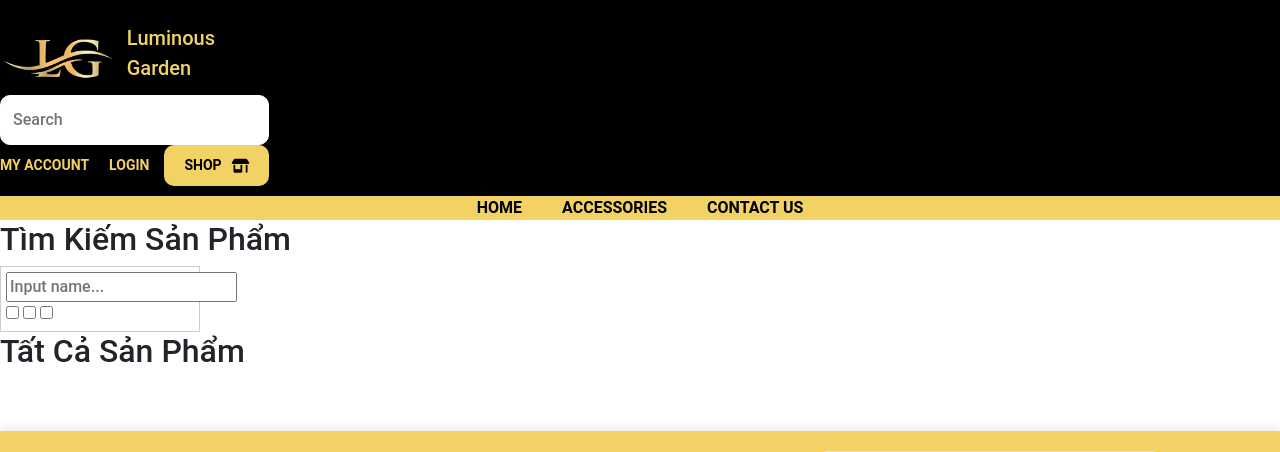
Repository: Nghia251506/eproject
Page: http://localhost/eproject/product/search
An editor plug-in stored every save of this project. The page is shown before and after the next save, followed by the edit.
The browser window is 1280 px wide. The pictures show the part of the page from y = 0 to 452 px (the page is 827 px tall before and 867 px after).
Pictures or frames that could not be fetched are drawn as grey boxes. Some web fonts or font styles are not loaded; a fallback is used. Some web libraries are served in a nearby version. The page is run by PHP 8.4 with error messages shown; the project is at /var/www/html/. Queries for data that is not in the repository find no rows.

Above is the page before, as saved 2024-10-12 18:51:44.
Console error: TypeError: Cannot read properties of null (reading 'querySelectorAll')

### index.php
<?php
session_start();
require_once "app/App.php";
require_once "app/config/database.php";
require_once "app/controllers/BaseController.php";
require_once "app/midleware/AuthMidleware.php";
$midleware = new AuthMidleware([""]);
$app = new App($conn, $midleware);
?>

### app/config/database.php
<?php
$host = "mysql:host=localhost:3306;dbname=eproject";
$username = "root";
$pass = "Anhem123";
try {
    $conn = new PDO($host, $username, $pass);
    $conn -> setAttribute(PDO::ATTR_ERRMODE,PDO::ERRMODE_EXCEPTION );
} catch (PDOException $ex) {
    echo "connection failed: ".$ex->getMessage();
}
?>

### app/controllers/BaseController.php
<?php
class BaseController {
    const VIEW_PATH = "app/views/";
    const MODEL_PATH = "app/models/";
    public function view($pathView, array $input = []) {
        $path = self::VIEW_PATH.$pathView.".php";
        return require_once $path;
    }

    public function initModel($modelName, $conn) {
        $path = self::MODEL_PATH.$modelName.".php";
        if (file_exists($path)) {
            require_once $path;
            if (class_exists($modelName)) {
                return new $modelName($conn);
            }
        }
        return null;
    }
}



?>

### app/midleware/AuthMidleware.php
<?php
class AuthMidleware {
    // những path phải qua đăng nhập
    private $__paths = [];
    public function __construct(array $paths)
    {
        $this->__paths = $paths;
    }

    // function để kiểm tra path đầu vào có phải đăng nhập hay không?
    public function execute($info) {
        //$info : là thông tin path đầu vào, là 1 array (xem App.php dòng 37)
        $controller = $info[0];
        $action = $info[1];
        // kiem tra controller có phải là admin hay không
        if ($controller == "admin") {
            // Kiểm tra xem đã đăng nhập hay chưa, nếu đăng nhập rồi thì có thông tin trong session
            if (isset($_SESSION["user"])) {
                // đã đăg nhập
                $role = $_SESSION["user"]->role;
                // kiêm tra xem có phải role admin hay không?
                if ($role != "admin") {
                    // báo lỗi k có quyền truy cập
                    $this->handleErrorPage();
                }
            } else {
                // Nếu chưa đăng nhập -> đi tới trang login
                header("Location: http://localhost/eproject/user/login");
            }
        } else {
            // là user thường chưa đăng nhập
            if (!isset($_SESSION["user"])) {
                // Kiểm tra xem có phải path là admin nhưng cần đăng nhập hay không
                if (in_array($controller."/".$action, $this->__paths)) {
                    // nếu đúng thì yêu cầu đăng nhập
                    header("Location: http://localhost/eproject/user/login");
                }
            }
        }
    }

    public function handleErrorPage() {
        require_once "app/views/errors/403.php";
        exit();
    }

}

?>

### app/models/ProductModel.php
<?php
class ProductModel
{
    private $__conn;
    public function __construct($conn)
    {
        $this->__conn = $conn;
    }
    //This function is used to retrieve all products
    public function getAllProduct($limit = 10, $offset = 0)
    {
        try {
            if (isset($this->__conn)) {
                $sql = "select p.id,
                                p.name,
                                p.code,
                                p.watt,
                                p.socket,
                                p.color,
                                p.purchase_price,
                                p.sale_price,
                                p.quantity,
                                p.image_url,
                                t.type_name,
                                b.brand_name
                from products as p
                inner join type_lights as t on p.type_id = t.id
                inner join brand_lights as b on p.brand_id = b.id
                order by p.id desc LIMIT :limit OFFSET :offset";
                $stmt = $this->__conn->prepare($sql);
                $stmt->bindParam("limit", $limit, PDO::PARAM_INT);
                $stmt->bindParam("offset", $offset, PDO::PARAM_INT);
                $stmt->execute();
                return $stmt->fetchAll(PDO::FETCH_OBJ);
            }
            return null; //Returns null if there is no connection to the database
        } catch (PDOException $ex) {
            echo $ex->getMessage();
        }
    }

    public function getImg()
    {
        try {
            if ($this->__conn) {
                $sql = "select image_url from products";
                $stmt = $this->__conn->prepare($sql);
                $stmt->execute();
                return $stmt->fetch(PDO::FETCH_OBJ);
            }
            return null;
        } catch (PDOException $ex) {
            echo $ex->getMessage();
        }
    }

    public function getProductById($id)
    {
        try {
            if ($this->__conn) {
                // Join bảng products với bảng type_lights và brand_lights
                $sql = "SELECT p.id,
                                p.name,
                                p.code,
                                p.watt,
                                p.socket,
                                p.color,
                                p.purchase_price,
                                p.sale_price,
                                p.quantity,
                                p.image_url,
                                p.type_id,
                                p.brand_id,
                                t.type_name ,
                                b.brand_name
                    FROM products p
                    INNER JOIN type_lights t ON p.type_id = t.id
                    INNER JOIN brand_lights b ON p.brand_id = b.id
                    WHERE p.id = :id";

                $stmt = $this->__conn->prepare($sql);
                $stmt->bindValue(':id', $id, PDO::PARAM_INT);  // Gán giá trị cho tham số :id
                $stmt->execute();

                // Trả về dữ liệu sản phẩm cùng với tên loại và tên nhãn hiệu
                return $stmt->fetch(PDO::FETCH_OBJ);
            }
            return null;
        } catch (PDOException $ex) {
            echo $ex->getMessage();
        }
    }

    // The saveProduct function is commonly used for editing and adding new products
    public function saveProduct($name, $code, $type_id, $watt, $socket, $color, $purchase_price, $sale_price, $quantity, $brand_id, $image_url)
    {
        try {
            if (isset($this->__conn)) {
                // Câu lệnh gọi stored procedure
                $sql = "CALL insert_product(:prod_name, :prod_type_id, :prod_watt, :prod_socket, :prod_color, :prod_purchase_price, :prod_sale_price, :prod_quantity, :prod_brand_id, :prod_image_url)";

                // Chuẩn bị câu lệnh
                $stmt = $this->__conn->prepare($sql);

                // Gán giá trị cho các tham số
                $stmt->bindParam(":prod_name", $name, PDO::PARAM_STR);
                // $stmt->bindParam(":code", $code, PDO::PARAM_STR); // Nếu bạn cần sử dụng mã sản phẩm thì bỏ comment dòng này
                $stmt->bindParam(":prod_type_id", $type_id, PDO::PARAM_INT);
                $stmt->bindParam(":prod_watt", $watt, PDO::PARAM_INT);
                $stmt->bindParam(":prod_socket", $socket, PDO::PARAM_STR);
                $stmt->bindParam(":prod_color", $color, PDO::PARAM_STR);
                $stmt->bindParam(":prod_purchase_price", $purchase_price, PDO::PARAM_STR);
                $stmt->bindParam(":prod_sale_price", $sale_price, PDO::PARAM_STR);
                $stmt->bindParam(":prod_quantity", $quantity, PDO::PARAM_INT);
                $stmt->bindParam(":prod_brand_id", $brand_id, PDO::PARAM_INT);
                $stmt->bindParam(":prod_image_url", $image_url, PDO::PARAM_STR);

                // Thực thi câu lệnh
                return $stmt->execute();
            }
            return null;
        } catch (PDOException $ex) {
            echo $ex->getMessage();
        }
    }

    public function editProduct($id, $name, $code, $type_id, $watt, $socket, $color, $purchase_price, $sale_price, $quantity, $brand_id, $image_url)
    {
        try {
            if (isset($this->__conn)) {
                // This query uses on DUPLICATE to both add new product values ​​and edit product values.
                $sql = "update products set name= :name, code = :code, type_id=:type_id, watt=:watt, socket=:socket, color=:color, purchase_price=:purchase_price, sale_price =:sale_price,quantity=:quantity, brand_id=:brand_id, image_url=:image_url
                where id=:id";
                // This line is used to Prepare statement
                $stmt = $this->__conn->prepare($sql);
                // This line is used to assign values ​​to parameters
                $stmt->bindParam("name", $name, PDO::PARAM_STR);
                $stmt->bindParam("code", $code, PDO::PARAM_STR);
                $stmt->bindParam("type_id", $type_id, PDO::PARAM_INT);
                $stmt->bindParam("watt", $watt, PDO::PARAM_INT);
                $stmt->bindParam("socket", $socket, PDO::PARAM_STR);
                $stmt->bindParam("color", $color, PDO::PARAM_STR);
                $stmt->bindParam("purchase_price", $purchase_price, PDO::PARAM_INT);
                $stmt->bindParam("sale_price", $sale_price, PDO::PARAM_INT);
                $stmt->bindParam("quantity", $quantity, PDO::PARAM_INT);
                $stmt->bindParam("brand_id", $brand_id, PDO::PARAM_INT);
                $stmt->bindParam("image_url", $image_url, PDO::PARAM_STR);
                $stmt->bindParam("id", $id, PDO::PARAM_INT);
                // Execute the query
                return $stmt->execute();
            }
            return null;
        } catch (PDOException $ex) {
            echo $ex->getMessage();
        }
    }
    // Function to delete products
    public function deleteProductById($id)
    {
        try {
            if (isset($this->__conn)) {
                $sql = "delete from products where id = :id";
                $stmt = $this->__conn->prepare($sql);
                $stmt->bindValue(':id', $id, PDO::PARAM_INT);
                return $stmt->execute();
            }
            return null;
        } catch (PDOException $ex) {
            echo $ex->getMessage();
        }
    }

    public function countAllProducts()
    {
        try {
            if (isset($this->__conn)) {
                $sql = "SELECT COUNT(*) FROM products";
                $stmt = $this->__conn->prepare($sql);
                $stmt->execute();
                return $stmt->fetchColumn();
            }
            return 0;
        } catch (PDOException $ex) {
            echo $ex->getMessage();
        }
    }

    public function searchProduct($name, $limit = 10, $offset = 0){
        try {
            $sql = "SELECT * FROM products
                    WHERE (name LIKE :name OR :name = '')

                    ";
            $stmt = $this->__conn->prepare($sql);
            $stmt->bindValue(":name", '%' . $name . '%');
            // $stmt->bindParam(":limit", $limit, PDO::PARAM_INT);
            // $stmt->bindParam(":offset", $offset, PDO::PARAM_INT);
            $stmt->execute();
            return $stmt->fetchAll(PDO::FETCH_OBJ);
        } catch (PDOException $ex) {
            echo $ex->getMessage();
            return [];
        }
    }

    public function countProducts($name)
    {
        try {
            $sql = "SELECT COUNT(*) as total FROM products WHERE (name LIKE :name OR :name = '') ";
            $stmt = $this->__conn->prepare($sql);
            $stmt->bindValue(":name", '%' . $name . '%');
            $stmt->execute();
            return $stmt->fetch(PDO::FETCH_OBJ)->total;
        } catch (PDOException $ex) {
            echo $ex->getMessage();
            return 0;
        }
    }

}

### app/models/BrandModel.php
<?php

class BrandModel{
    private $__conn;
    public function __construct($conn)
    {
        $this->__conn = $conn;
    }

    public function getAllBrand($limit = 10, $offset = 0){
        try{
            if(isset($this->__conn)){
                $sql = "select * from brand_lights order by id desc LIMIT :limit OFFSET :offset";
                $stmt = $this->__conn->prepare($sql);
                $stmt->bindParam("limit", $limit, PDO::PARAM_INT);
                $stmt->bindParam("offset", $offset, PDO::PARAM_INT);
                $stmt->execute();
                return $stmt->fetchAll(PDO::FETCH_OBJ);
            }
            return null;
        }catch(PDOException $ex){
            echo $ex->getMessage();
        }
    }
    public function getBrandById($id){
        try {
            if (isset($this->__conn)) {
                $sql = "select * from brand_lights where id = :id";
                $stmt = $this->__conn->prepare($sql);
                $stmt->bindParam("id", $id, PDO::PARAM_INT);
                $stmt->execute();
                return $stmt->fetch(PDO::FETCH_OBJ);
            }
            return null;
        } catch (PDOException $ex) {
            echo $ex->getMessage();
        }
    }
}

### app/models/TypeModel.php
<?php

class TypeModel{
    private $__conn;
    public function __construct($conn)
    {
        $this->__conn = $conn;
    }

    public function getAllType($limit = 10, $offset = 0){
        try{
            if(isset($this->__conn)){
                $sql = "select * from type_lights order by id desc LIMIT :limit OFFSET :offset";
                $stmt = $this->__conn->prepare($sql);
                $stmt->bindParam("limit", $limit, PDO::PARAM_INT);
                $stmt->bindParam("offset", $offset, PDO::PARAM_INT);
                $stmt->execute();
                return $stmt->fetchAll(PDO::FETCH_OBJ);
            }
            return null;
        }catch(PDOException $ex){
            echo $ex->getMessage();
        }
    }

    public function getTypeById($id){
        try{
            if($this->__conn){
                $sql = "select * from type_lights where id = :id";
                $stmt = $this->__conn->prepare($sql);
                $stmt->bindParam("id", $id);
                $stmt->execute();
                return $stmt->fetch(PDO::FETCH_OBJ);
            }
            return null;
        }catch(PDOException $ex){
            echo $ex->getMessage();
        }
    }
}

### app/views/layouts/client.php
<!DOCTYPE html>
<html lang="en">

<head>
    <meta charset="UTF-8">
    <meta name="viewport" content="width=device-width, initial-scale=1.0">
    <title>Doccument</title>
    <link rel="preconnect" href="https://fonts.googleapis.com">
    <link rel="preconnect" href="https://fonts.gstatic.com" crossorigin>
    <link href="https://fonts.googleapis.com/css2?family=Donegal+One&display=swap" rel="stylesheet">
    <link rel="stylesheet" href="http://localhost/eproject/app/assets/css/base.css">
    <script src="https://localhost/eproject/app/assets/js/eventClient.js"></script>
    <link href="https://stackpath.bootstrapcdn.com/bootstrap/4.5.2/css/bootstrap.min.css" rel="stylesheet">

</head>

<body>
    <div class="grid wide">
        <?php
        $this->view("layouts/header");
        $this->view($input["page"], ["data" => $input]);
        $this->view("layouts/footer");
        ?>
    </div>
</body>

</html>

### app/views/layouts/header.php
<!DOCTYPE html>
<html lang="en">
<head>
  <meta charset="UTF-8">
  <meta name="viewport" content="width=device-width, initial-scale=1.0">
  <script src="https://kit.fontawesome.com/453b49545e.js" crossorigin="anonymous"></script>
  <link rel="stylesheet" href="http://localhost/eproject/app/assets/css/header.css">
  <title>Header Example</title>
</head>
<body>
<div class="header">
    <div class="header-container">
      <div class="logo">
        <div class="logo-image">
          <img src="https://localhost/eproject/app/assets/data/LG.png" alt="Logo">
        </div>
        <div class="logo-name">
          <a href="">Luminous <br> Garden</a>
        </div>
      </div>

      <div class="search-form">
        <input type="text" placeholder="Search"  >

      </div>

      <div class="header-right">
        <div class="login">
          <a href="">MY ACCOUNT</a>
          <a href="">LOGIN</a>
        </div>
          <div class="shopping">
            <button type="submit">SHOP <i class="fa-solid fa-shop"></i></button>
          </div>
        </div>
      </div>
    </div>

    <div class="nav">
      <div class="nav-container">
        <div class="nav-item">
          <a href="http://localhost/eproject/home">HOME</a>
          <a href='http://localhost/eproject/product'>ACCESSORIES</a>
          <a href="http://localhost/eproject/contact">CONTACT US</a>
        </div>
      </div>
    </div>
  </div>
</body>
</html>

### app/views/products/product.php
<!DOCTYPE html>
<html lang="vi">

<head>
    <meta charset="UTF-8">
    <meta name="viewport" content="width=device-width, initial-scale=1.0">
    <title>product</title>
</head>

<body>
    <?php
    $data = $input["data"];
    $products = $data["products"] ?? "";
    // var_dum($products);
    // die();
    // $product = $data["product"] ?? "";
    ?>
    <div id="product-container">
        <aside class="sidebar">
            <h2>Tìm Kiếm Sản Phẩm</h2>
            <div class="search-bar">
                <form action="http://localhost/eproject/product/search" method="POST">
                    <input name="name" type="text" placeholder="Input name...">
                    <input name="name" type="checkbox" values="">
                    <input name="name" type="checkbox" values="">
                    <input name="name" type="checkbox" values="">
                </form>
            </div>
        </aside>

        <main class="main-content">
            <div class="featured-products">
                <div class="all-products">
                    <h2>Tất Cả Sản Phẩm</h2>
                    <div class="product-row">
                        <?php foreach ($products as $product) : ?>
                            <div class="product">
                                <div style="width:100%;height:200px;"><img style="width: 100%; height:100%;object-fit:cover;" src="<?php echo htmlspecialchars($product->image_url); ?>" alt="Sản phẩm A" /></div>
                                <h3><?php echo htmlspecialchars($product->name); ?></h3>
                                <p><?php echo htmlspecialchars($product->code); ?></p>
                                <p>Giá: <?php echo htmlspecialchars(number_format($product->sale_price, 0, ',', '.')); ?> VND</p>
                                <a href='http://localhost/eproject/product/detail?id=<?= $product->id; ?>'>See All Details</a>
                            </div>
                        <?php endforeach; ?>
                    </div>
                </div>
            </div>
        </main>
    </div>
</body>

</html>

### app/views/layouts/footer.php
<!DOCTYPE html>
<html lang="en">
<head>
    <meta charset="UTF-8">
    <meta name="viewport" content="width=device-width, initial-scale=1.0">
    <title>footer</title>
    <link rel="stylesheet" href="http://localhost/eproject/app/assets/css/footer.css">
</head>
<body>
<footer>
        <div class="footer-container">
            <div class="footer-contact-info">
                <h3>Contact</h3>
                <p>Địa chỉ: 8A Ton That Thuyet, My Dinh, Nam Tu Liem, Ha Noi</p>
                <p>Hotline: 0523 652 003</p>
                <p>Email: <a href="mailto:tuantai2365@gmail.com">tuantai2365@gmail.com</a></p>
                <div class="social-icons">
                    <a href="https://www.facebook.com" target="_blank">
                        <img src="http://localhost/eproject/app/assets/data/facebook.png" alt="Fb"></a>
                    <a href="https://www.instagram.com" target="_blank">
                        <img src="http://localhost/eproject/app/assets/data/instagram.png" alt="Ins"></a>
                    <a href="https://www.youtube.com" target="_blank">
                        <img src="http://localhost/eproject/app/assets/data/youtube.png" alt="Ziutube"></a>
                </div>
            </div>

            <div class="payment-info">
                <h3>Payment</h3>
                <img src="http://localhost/eproject/app/assets/data/QR.jpg" alt="pay Logo" class="logo">
            </div>

            <div class="map">
                <iframe src="https://www.google.com/maps/embed?pb=!1m18!1m12!1m3!1d3724.096608933641!2d105.78229669999999!3d21.0288201!2m3!1f0!2f0!3f0!3m2!1i1024!2i768!4f13.1!3m3!1m2!1s0x3135ab4cd376479b%3A0xbc2e0bb9db373ed2!2zOGEgVMO0biBUaOG6pXQgVGh1eeG6v3QsIE3hu7kgxJDDrG5oLCBD4bqndSBHaeG6pXksIEjDoCBO4buZaSAxMDAwMDA!5e0!3m2!1svi!2s!4v1727689161334!5m2!1svi!2s" width="600" height="450" style="border:0;" allowfullscreen="" loading="lazy" referrerpolicy="no-referrer-when-downgrade" width="300" height="200" style="border:0;" allowfullscreen="" loading="lazy"></iframe>
        </div>

    </footer>
    <div style="background-color: black;color:white ;  padding: 10px; text-align: center;">
        <p>© Project was made by Luminous Garden Team - T2404E .</p>
    </div>
</body>
</html>

### app/assets/css/base.css
:root {
  --text-color: #333;
  --white-color: #fff;
  --black-color: #000;
  --primary-color: #c9ac5f;
  --border-color: #dbdbdb;
  --header-height: 80px;
  --navbar-height: 34px;
  --header-with-search-height: calc(
    var(--header-height) - var(--navbar-height)
  );
  --color-header: linear-gradient(0, #f2d265, #040000);
  /* --color-header: ae dùng background-image rồi thêm biến này vào nhé */
}
a{
    text-decoration: none;
}

ul{
    list-style: none;
}

* {
  font-family: "Roboto", sans-serif;
  font-weight: 500;
  font-style: normal;
}

/* reponsive */

.grid {
  width: 100%;
  margin: 0 auto;
}

.wide {
  max-width: 2000px;
}

.col-12 {
  /* background-color: #ececf1; */
  padding-left: 5px;
  padding-right: 5px;
  width: 100%;
  display: flex;
  flex-wrap: wrap;
}

.col-8 {
  display: flex;
  flex-wrap: wrap;
  padding-left: 17px;
  width: 66.6672%;
}

.col-8-4 {
  padding-left: 5px;
  padding-right: 5px;
  width: 50%;
}

.col-12-4 {
  padding-left: 5px;
  padding-right: 5px;
  width: 33.3336%;
}

.col-2 {
  padding-left: 5px;
  padding-right: 5px;
  width: 16.6667%;
}

.col-2-4 {
  padding-left: 5px;
  padding-right: 5px;
  width: 20%;
  margin-bottom: 10px;
}

.col-10 {
  padding-left: 5px;
  padding-right: 5px;
  width: 83.3334%;
}

### app/assets/css/header.css

.header {
  display: flex;
  justify-content: space-between;
  align-items: center;
  padding: 10px 20px;
  background-color: #F2D265; /* Màu nền */
}

.header-left {
  display: flex;
  align-items: center;
}

.logo {
  width: 50px; /* Kích thước logo */
  height: auto;
  margin-right: 10px;
}

.company-name {
  font-size: 24px;
  color: rgb(65, 117, 5); /* Màu chữ của tên công ty */
}


/* Tổng quan cấu trúc */
body {
  font-family: Arial, sans-serif;
  margin: 0;
  padding: 0;
}

.header {
  background-color: black;
  padding: 10px 0;
}

.container {
  max-width: 1400px;
  margin: 0 auto; /* Căn giữa container */
  display: flex;
  justify-content: space-between; /* Phân bố đều các thành phần */
  align-items: center;
  padding: 0 20px; /* Thêm khoảng cách giữa container và viền */
}

/* Logo */
.logo {
  display: flex;
  align-items: center;
}

.logo-image img {
  height: 85px;
}

.logo-name a {
  color: #f2d265;
  font-size: 20px;
  text-decoration: none;
}
.search-form {
  flex-grow: 2; /* Cho phép thanh tìm kiếm mở rộng */
  display: flex;
  justify-content: center;
}

.search-form input {
  padding: 12px;
  border-radius: 10px;
  border: 1px solid #ffffff;
  width: 100%;
  max-width: 400px;
}

/* Header Right: Login, Shop */
.header-right {
  display: flex;
  align-items: center;
  gap: 60px;
}

.login {

  display: flex;
  gap: 20px;
}

.nav a {
  text-decoration: none;
  color: #000; /* Màu của link */
  font-size: 18px;
}

.header-right {
  display: flex;
  align-items: center;
  gap: 15px;
}

.search-bar {
  padding: 5px;
  font-size: 16px;
  width: 200px;
  border: 1px solid #ccc;
}

.login-link,
.shop-link {
  text-decoration: none;
  color: #000;
  font-size: 18px;
}
.login a {
  color: #f2d265;
  text-decoration: none;
  font-size: 14px;
  font-weight: bold;
}

.login a:hover {
  color: #ffffff;
}

/* Shop button */
.shopping button {
  background-color: #f2d265;
  border: none;
  padding: 10px 20px;
  border-radius: 10px;

  font-size: 14px;
  display: flex;
  align-items: center;
  font-weight: bold;
}

.shopping button i {
  margin-left: 10px;
}

.shopping button:hover {
  background-color: white;
}

/* Navigation */
.nav {
  background-color: #f2d265;
}

.nav-container {
  max-width: 0 auto;
  margin: 0 auto; /* Căn giữa navigation */
  text-align: center;
  padding: 0 20px; /* Thêm khoảng cách hai bên */
}

.nav-item {
  display: flex;
  justify-content: center;
  gap: 40px; /* Điều chỉnh khoảng cách giữa các mục */
}

.nav-item a {
  color: black;
  text-decoration: none;
  font-size: 16px;
  font-weight: bold;
}

.nav-item a:hover {
  color: #ffffff;

}

Loaded but not shown: app/assets/js/eventClient.js (63 lines, source omitted); app/assets/css/footer.css (247 lines, source omitted); app/controllers/ProductController.php (132 lines, source omitted); app/App.php (92 lines, source omitted)

After the next save:
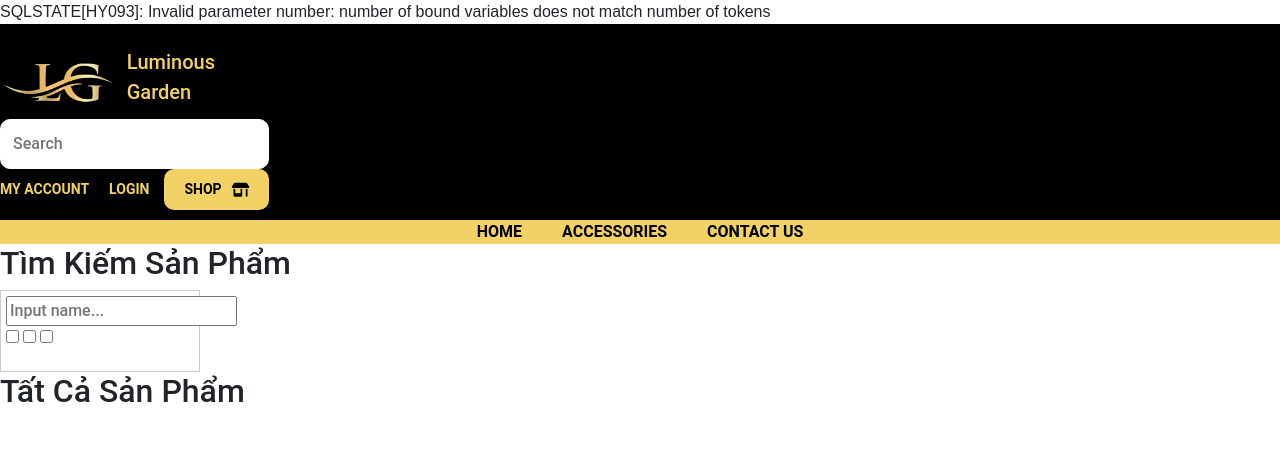
Saved 4 s later.
--- a/app/models/ProductModel.php
+++ b/app/models/ProductModel.php
@@ -188,7 +188,7 @@
     public function searchProduct($name, $limit = 10, $offset = 0){
         try {
             $sql = "SELECT * FROM products
-                    WHERE (name LIKE :name OR :name = '')
+                    -- WHERE (name LIKE :name OR :name = '')
 
                     ";
             $stmt = $this->__conn->prepare($sql);
